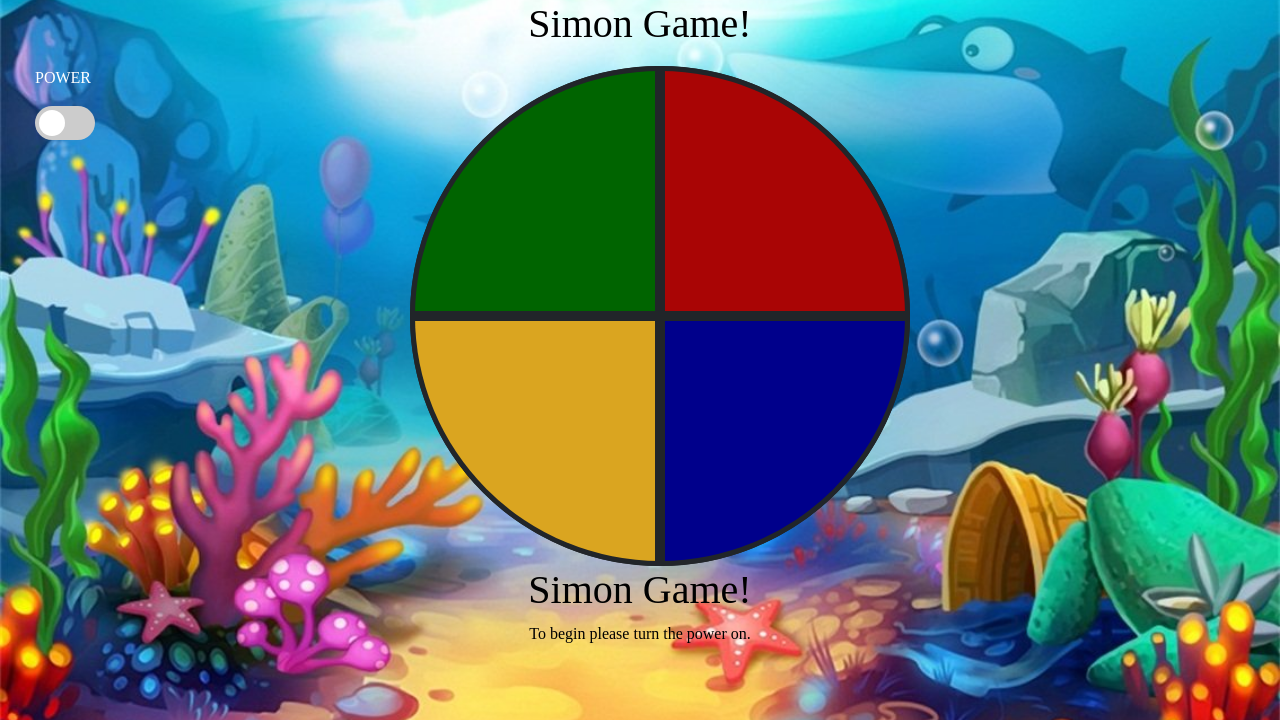
Repository: chrisoc19/SimonSays
Page: index.html
The author's editor kept a record of every edit. The page is drawn from the files as they stood at one moment, then again after the next edit.
The browser window is 1280 px wide. The pictures show the whole page.
Some web fonts or font styles are not loaded; a fallback is used.

Above is the page before.

After the next edit:
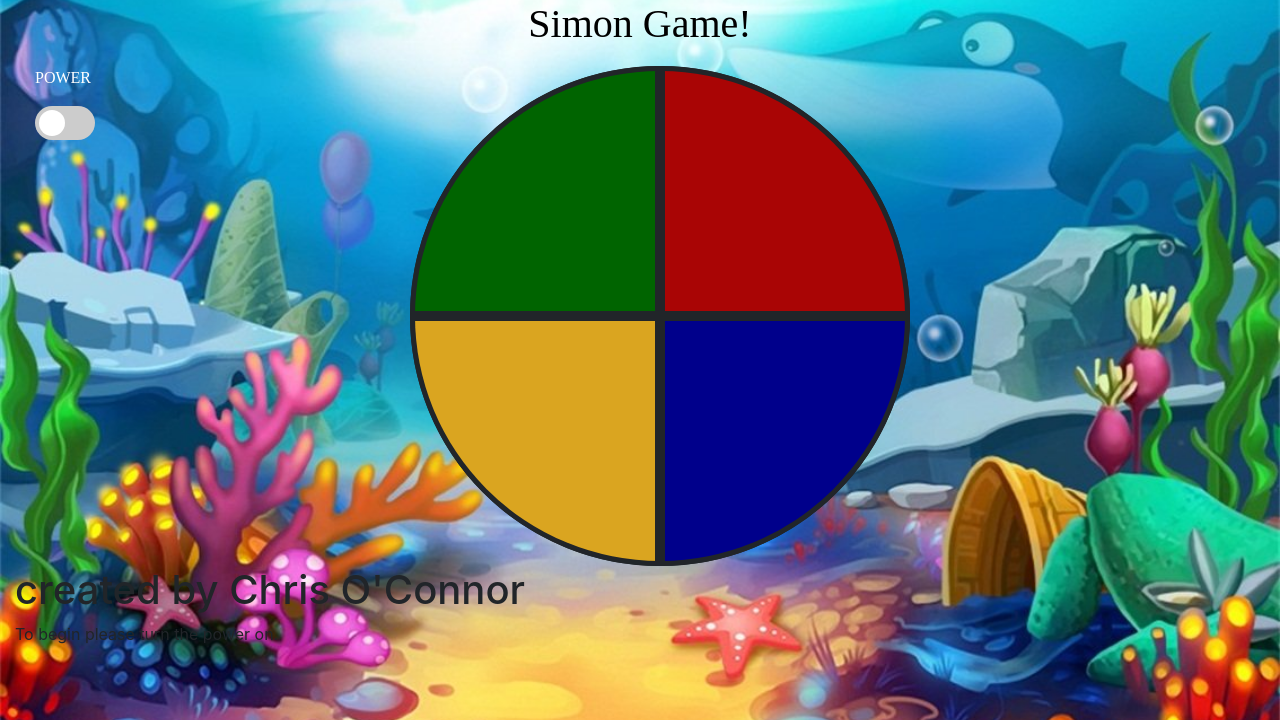
The edit:
--- a/index.html
+++ b/index.html
@@ -74,8 +74,8 @@
 
 <div class="container-fluid">
     <div class="row">
-      <div class="col text text-box">
-        <h1>Simon Game!</h1>
+      <div class="col footer">
+        <h1>created by Chris O'Connor</h1>
         <p class="add">To begin please turn the power on. </p>
 
       </div>
